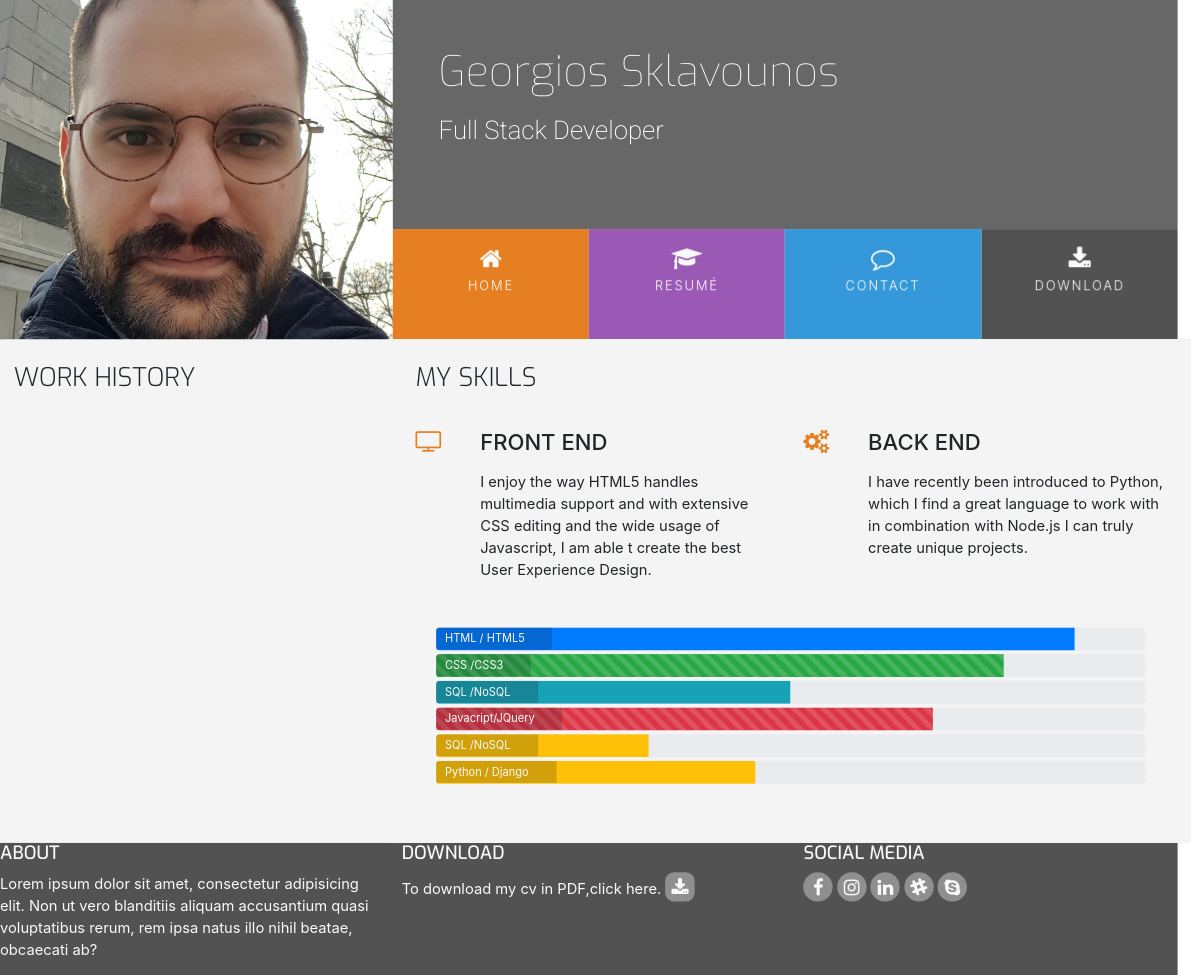
Repository: GeorgiosSklav/MyResume
Page: resume.html
The author's editor kept a record of every edit. The page is drawn from the files as they stood at one moment, then again after the next edit.
The browser window is 1280 px wide. The page is 1295 px wide, so the pictures cover 1295 px, including what lies to the right of the window. The pictures show the whole page, at 92% of full size.

Above is the page before.

After the next edit:
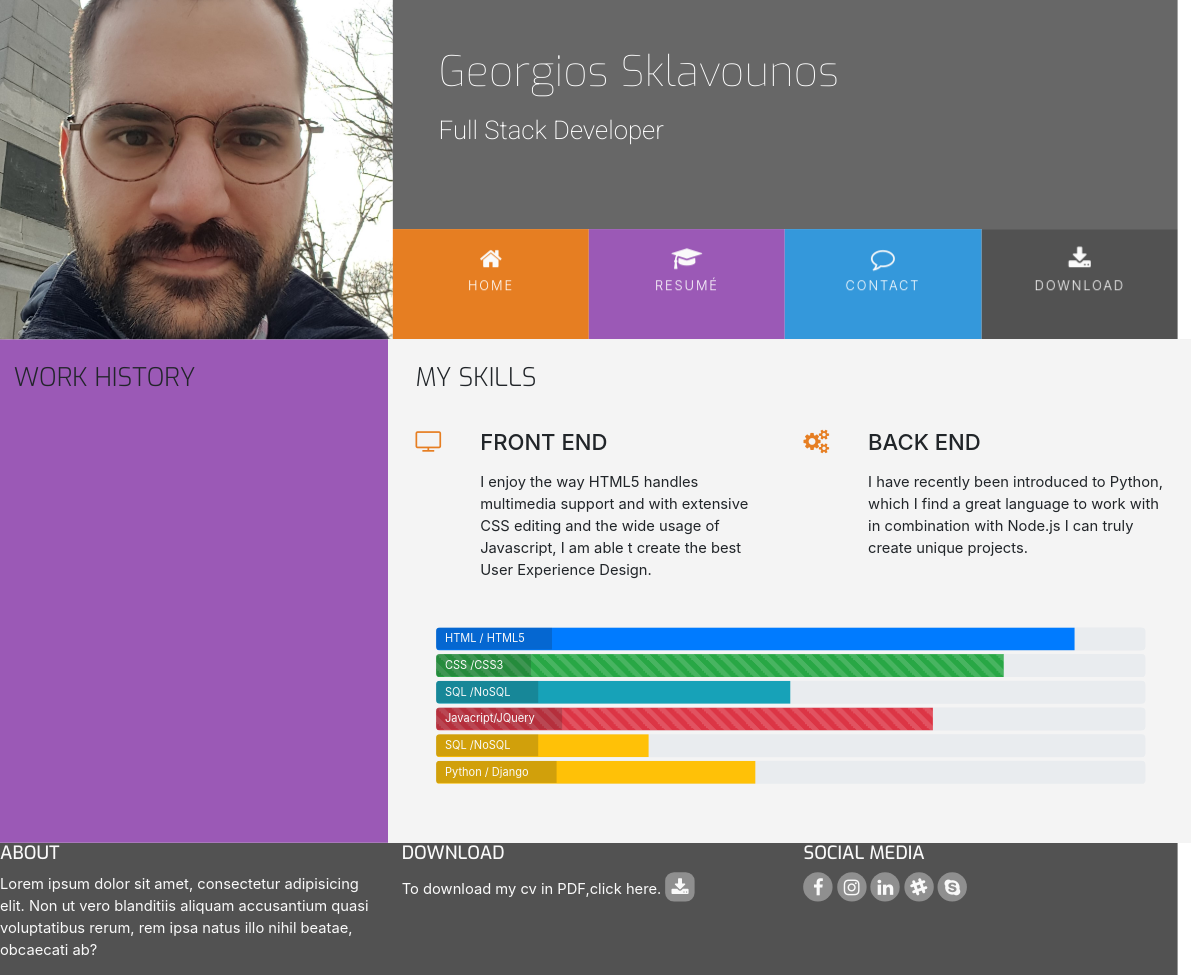
The edit:
--- a/resume.html
+++ b/resume.html
@@ -47,7 +47,7 @@
     </header>
     <setion class="container-fluid">
         <div class="row">
-            <div class="col-md-4 bg-color-personal-info section-column">
+            <div class="col-md-4 bg-color-work-history section-column">
                 <div class="row">
                     <div class="col-12">
                         <h3 class="section-heading uppercase">Work History</h3>
